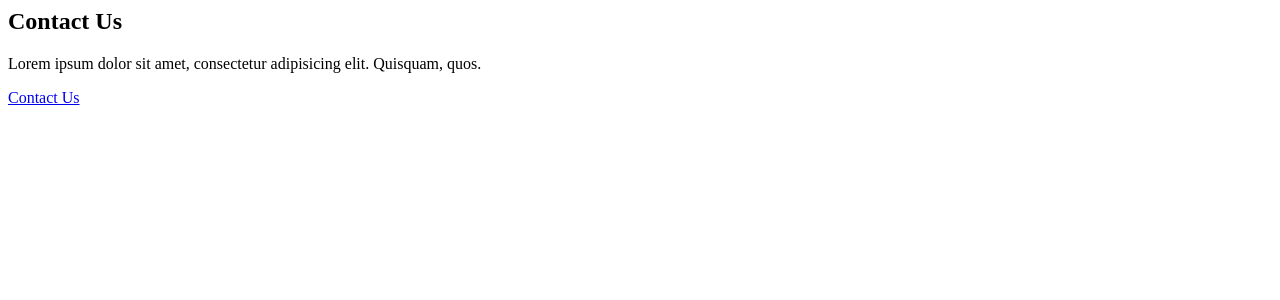
Repository: Elliriskala/wordpress-2025
Page: http://localhost/wp-content/themes/example-theme/sidebar.php
An editor plug-in stored every save of this project. The page is shown before and after the next save, followed by the edit.
The browser window is 1280 px wide. The pictures show the whole page.
The page is run by PHP 8.4 with error messages shown; the project is at /var/www/html/.

Above is the page before, as saved 2025-03-28 11:00:10.

### wp-content/themes/example-theme/sidebar.php
<aside>
    <section class="contact">
        <h2>Contact Us</h2>
        <p>Lorem ipsum dolor sit amet, consectetur adipisicing elit. Quisquam, quos.</p>
        <a href="#">Contact Us</a>
    </section>
</aside>

After the next save:
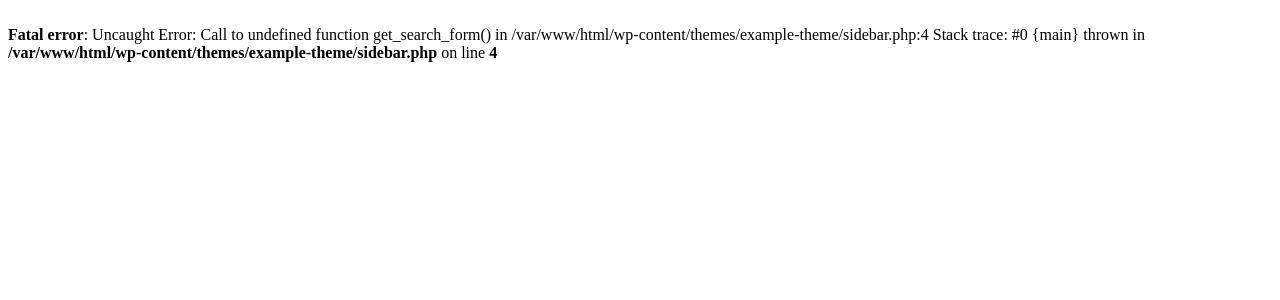
Saved 4 min 20 s later.
--- a/wp-content/themes/example-theme/sidebar.php
+++ b/wp-content/themes/example-theme/sidebar.php
@@ -1,4 +1,9 @@
 <aside>
+    <section class='search'>
+        <?php
+        get_search_form()
+        ?>
+    </section>
     <section class="contact">
         <h2>Contact Us</h2>
         <p>Lorem ipsum dolor sit amet, consectetur adipisicing elit. Quisquam, quos.</p>
